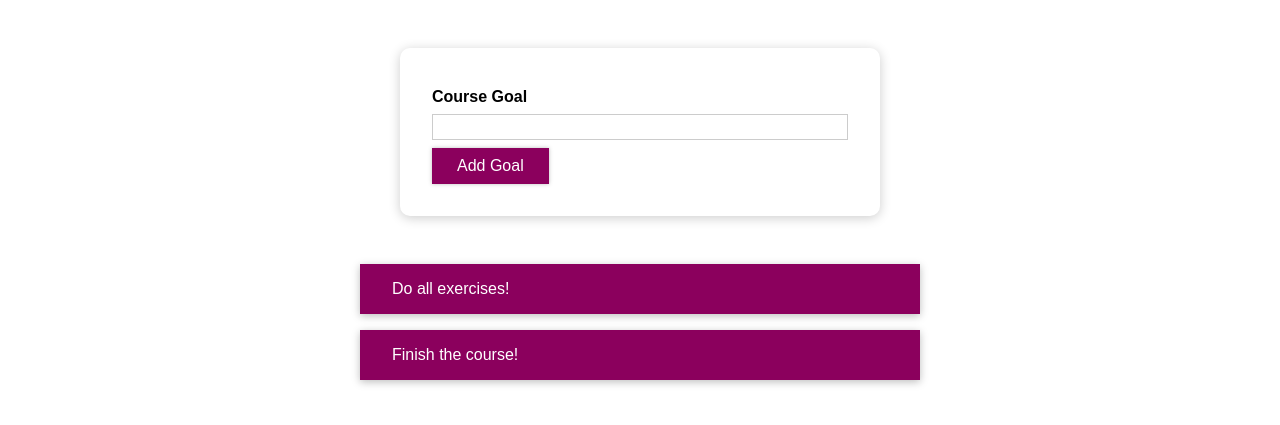
Repository: Cmicula054/css-styles
Page: /
These files come from the project's save history. The page is drawn as it stood at one moment and after the next save; the edit follows.
The browser window is 1280 px wide. The pictures show the whole page.
The project was rebuilt for these pictures with package versions that can differ from the ones it lists, and the page was loaded fresh each time. Also part of the build but not shown: src/components/UI/Button/Button.js, src/components/CourseGoals/CourseInput/CourseInput.css.

Above is the page before, as saved 2022-11-08 10:52:00.

### src/components/CourseGoals/CourseInput/CourseInput.js
import React, { useState } from "react";
import styled from "styled-components";

import Button from "../../UI/Button/Button";
import "./CourseInput.css";

const FormControl = styled.div`
  margin: 0.5rem 0;

  & label {
    font-weight: bold;
    display: block;
    margin-bottom: 0.5rem;
  }

  & input {
    display: block;
    width: 100%;
    border: 1px solid ${(props) => (props.invalid ? "red" : "#ccc")};
    font: inherit;
    line-height: 1.5rem;
    padding: 0 0.25rem;
  }

  & input:focus {
    outline: none;
    background: ${(props) => (props.invalid ? "#ffd7d7" : "#fad0ec")};
    border-color: #8b005d;
  }

  &.invalid input {
    border-color: red;
    background: #ffd7d7;
  }

  &.invalid label {
    color: red;
  }
`;

const CourseInput = (props) => {
  const [enteredValue, setEnteredValue] = useState("");
  const [isValid, setIsValid] = useState(true);

  const goalInputChangeHandler = (event) => {
    if (event.target.value.trim().length > 0) {
      setIsValid(true);
      setEnteredValue(event.target.value);
    } else {
      setIsValid(false);
    }
  };

  const formSubmitHandler = (event) => {
    event.preventDefault();
    if (enteredValue.trim().length > 0) {
      props.onAddGoal(enteredValue);
    } else {
      setIsValid(false);
    }
  };

  return (
    <form onSubmit={formSubmitHandler}>
      <FormControl invalid={!isValid}>
        <label>Course Goal</label>
        <input type="text" onChange={goalInputChangeHandler} />
      </FormControl>
      <Button type="submit">Add Goal</Button>
    </form>
  );
};

export default CourseInput;

Loaded but not shown: public/index.html (common file); src/index.js (common file); src/index.css (common file); src/App.js (common file); src/components/CourseGoals/CourseGoalList/CourseGoalList.js (common file); src/App.css (common file); src/components/CourseGoals/CourseGoalItem/CourseGoalItem.js (common file); src/components/CourseGoals/CourseGoalList/CourseGoalList.css (common file); src/components/CourseGoals/CourseGoalItem/CourseGoalItem.css (common file)

After the next save:
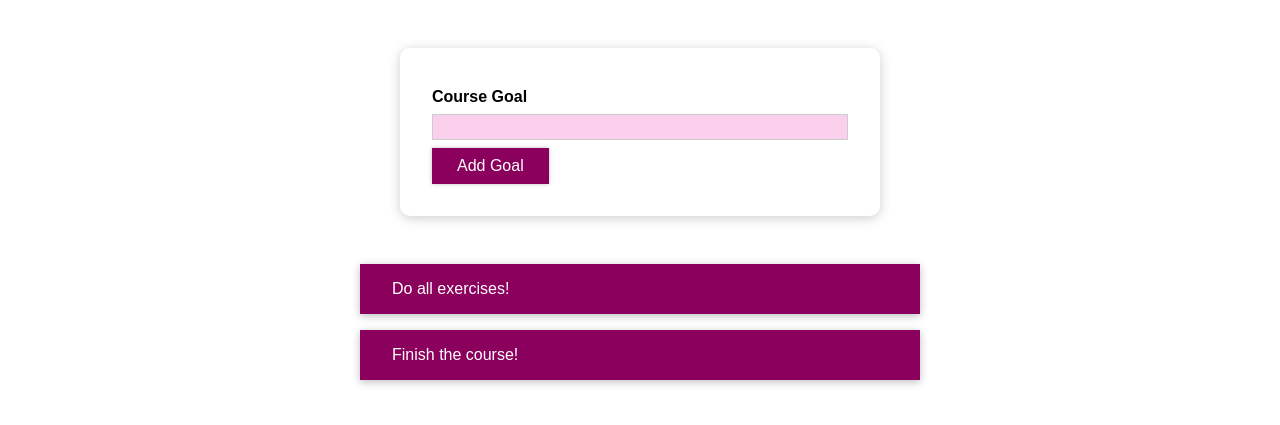
Saved 14 s later.
--- a/src/components/CourseGoals/CourseInput/CourseInput.js
+++ b/src/components/CourseGoals/CourseInput/CourseInput.js
@@ -17,6 +17,7 @@
     display: block;
     width: 100%;
     border: 1px solid ${(props) => (props.invalid ? "red" : "#ccc")};
+    background: ${(props) => (props.invalid ? "#ffd7d7" : "#fad0ec")};
     font: inherit;
     line-height: 1.5rem;
     padding: 0 0.25rem;

After the 3 saves that followed:
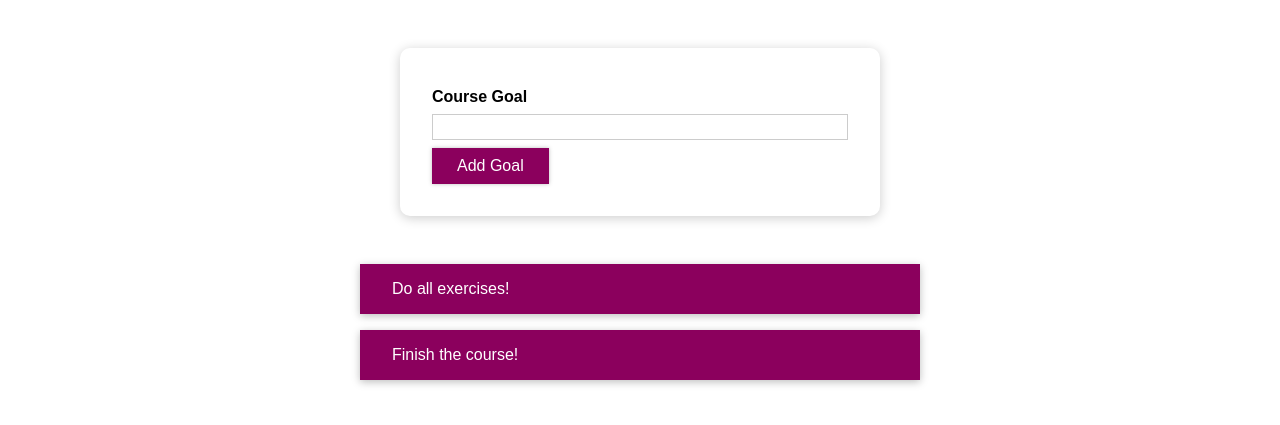
The 3 saves are shown as one change because 1 left the picture as it was and some came seconds apart.
The last was saved 32 s later.
--- a/src/components/CourseGoals/CourseInput/CourseInput.js
+++ b/src/components/CourseGoals/CourseInput/CourseInput.js
@@ -17,7 +17,7 @@
     display: block;
     width: 100%;
     border: 1px solid ${(props) => (props.invalid ? "red" : "#ccc")};
-    background: ${(props) => (props.invalid ? "#ffd7d7" : "#fad0ec")};
+    background: ${(props) => (props.invalid ? "#ffd7d7" : "transparent")};
     font: inherit;
     line-height: 1.5rem;
     padding: 0 0.25rem;
@@ -25,7 +25,7 @@
 
   & input:focus {
     outline: none;
-    background: ${(props) => (props.invalid ? "#ffd7d7" : "#fad0ec")};
+    background: #fad0ec;
     border-color: #8b005d;
   }
 
